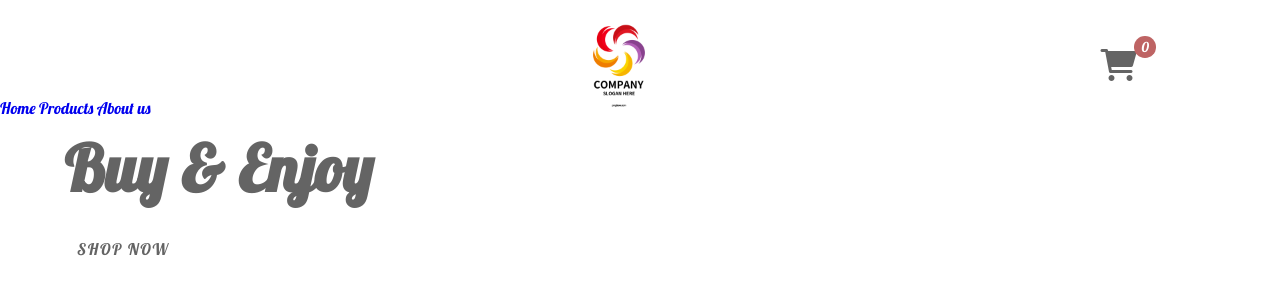
Repository: tetlisna/myprojectJS2
Page: index.html
These files come from the project's save history. The page is drawn as it stood at one moment and after the next save; the edit follows.
The browser window is 1280 px wide. The pictures show the whole page.
Some web fonts or font styles are not loaded; a fallback is used.

Above is the page before, as saved 2022-09-04 23:17:25.
Console error: SyntaxError: Invalid or unexpected token

After the next save:
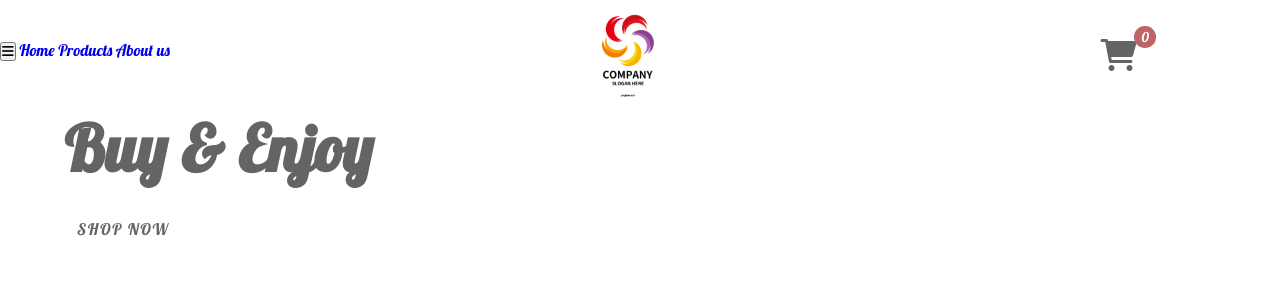
Saved 3 min 41 s later.
--- a/index.html
+++ b/index.html
@@ -15,7 +15,7 @@
     <nav class="navbar">
       <div class="navbar-inside">
         <div class="wrapper">
-          <button class="nav-bar">
+          <button class="nav-toggle">
             <i class="fa-sharp fa-solid fa-bars"></i>
           </button>
           <a href="#" href="index.html" class="nav-link">Home</a>
